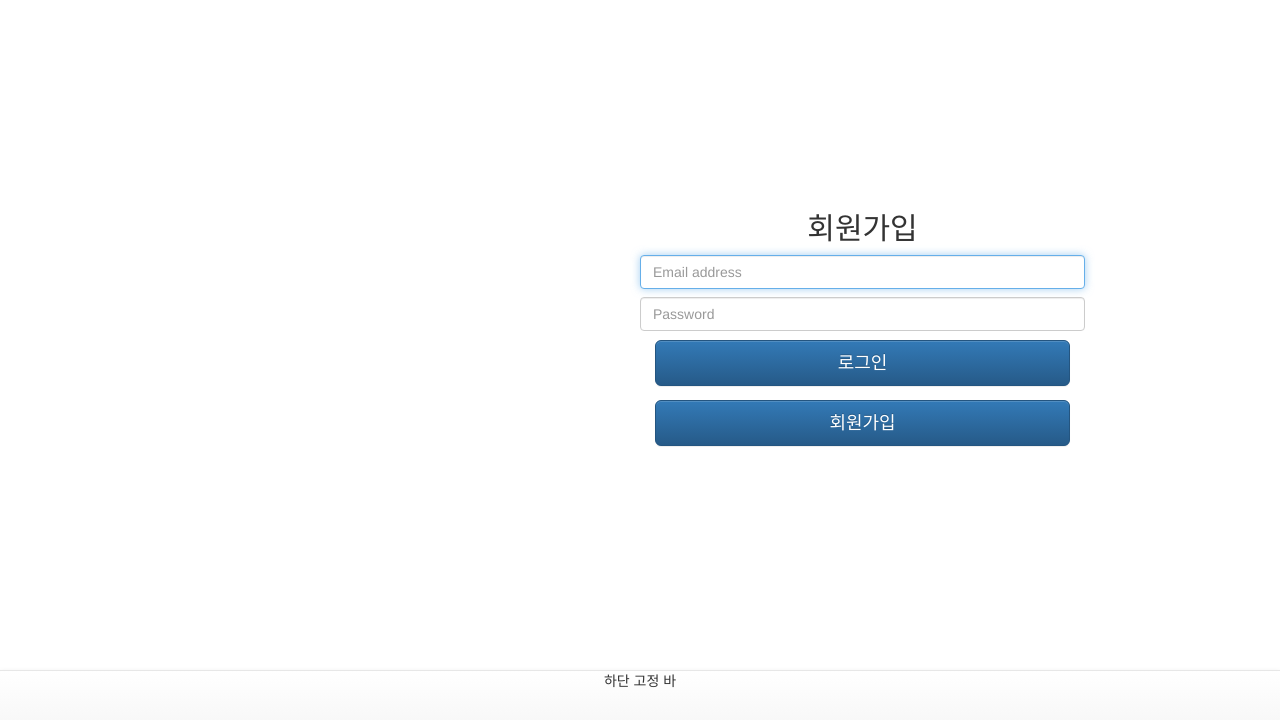
Repository: hrhwbp/Acorn-Final-Project
Page: http://localhost/final_project/index.jsp
An editor plug-in stored every save of this project. The page is shown before and after the next save, followed by the edit.
The browser window is 1280 px wide. The pictures show the whole page.
Some web libraries are served in a nearby version. The page is served by Tomcat 9. Nobody is signed in. The application's start-up code is not run.

Above is the page before, as saved 2016-10-26 05:39:21.

After the next save:
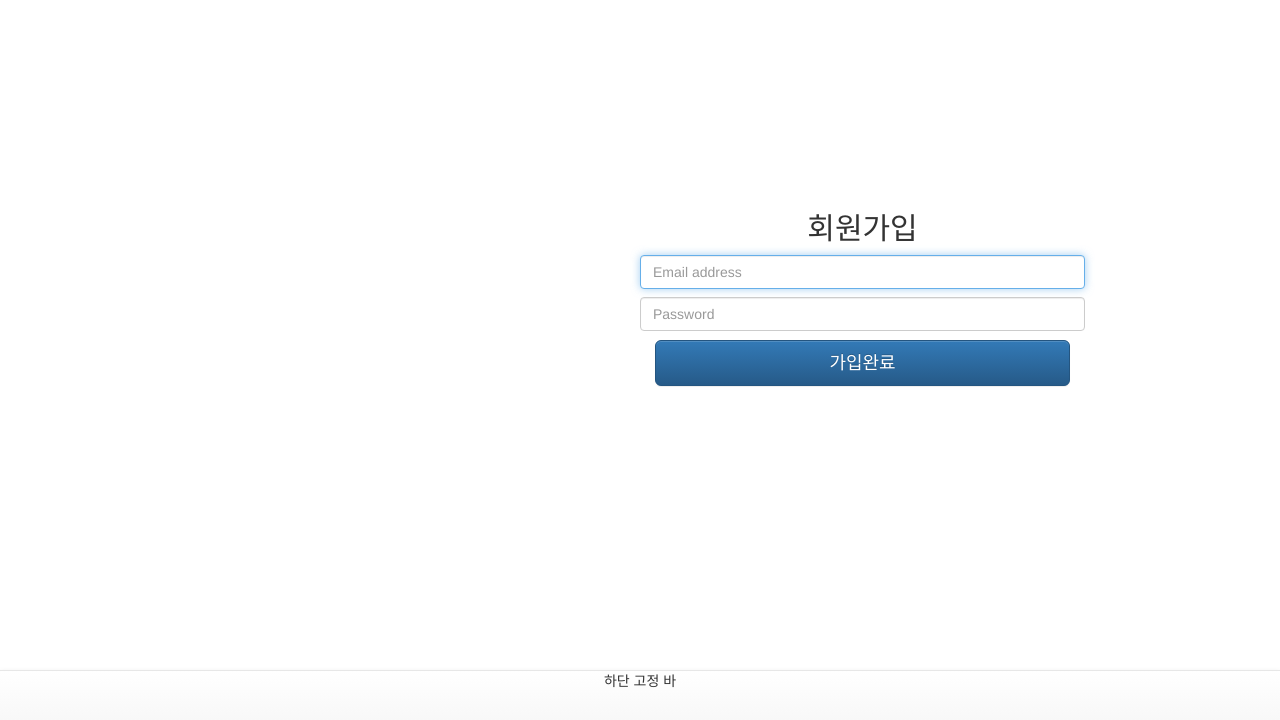
Saved 23 s later.
--- a/final_project/src/main/webapp/index.jsp
+++ b/final_project/src/main/webapp/index.jsp
@@ -71,9 +71,9 @@
 					placeholder="Password" required>
 				</div>
 
-				<button class="btn btn-lg btn-primary btn-block" type="submit">로그인</button>
+				<button class="btn btn-lg btn-primary btn-block" type="submit">가입완료</button>
 			</form>
-			<button class="btn btn-lg btn-primary btn-block" type="button">회원가입</button>
+
 		</div>
 		</div>
 	</div>
